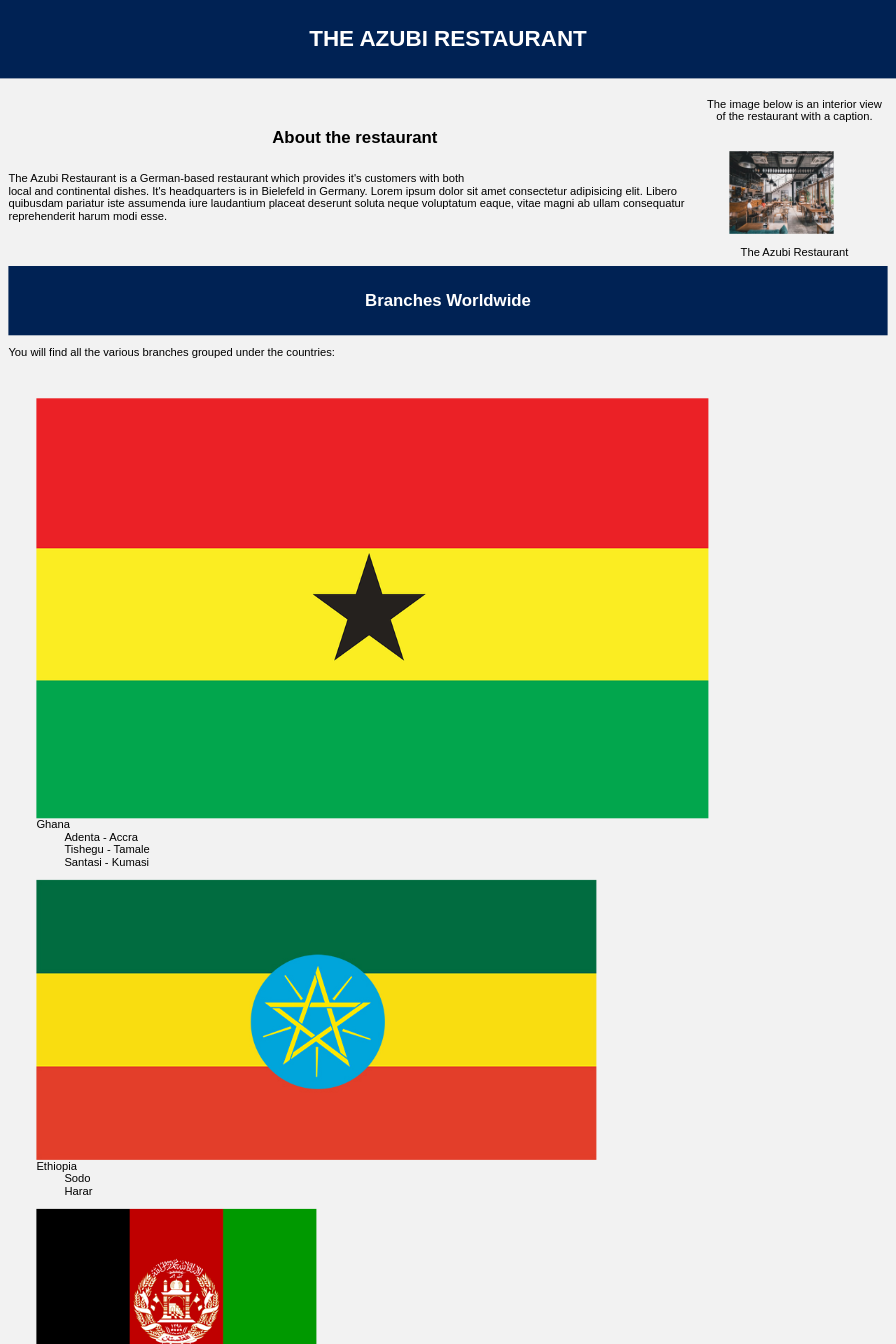
Repository: odurusphp/testingazubigit
Page: Fortune/FortunatusWulnye.html
These files come from the project's save history. The page is drawn as it stood at one moment and after the next save; the edit follows.
The browser window is 1280 px wide. The pictures show the part of the page from y = 0 to 1920 px (the page is 3095 px tall before and 1954 px after), at 70% of full size.

Above is the page before, as saved 2020-08-04 08:52:23.

After the next save:
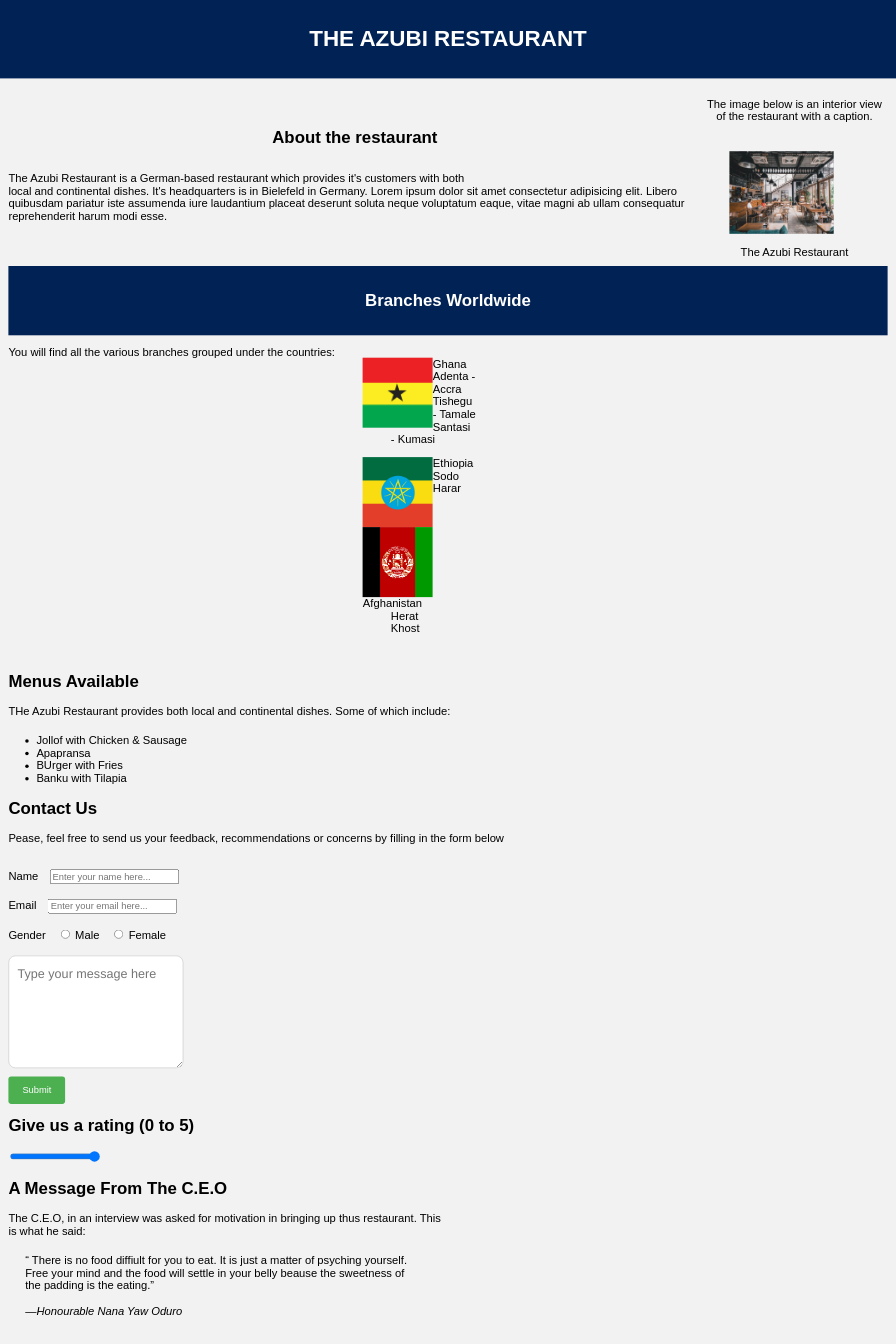
Saved 4 min 20 s later.
--- a/Fortune/css/style.css
+++ b/Fortune/css/style.css
@@ -111,10 +111,10 @@ h1 {
 }
 
 .branches img {
-  display: flex;
-  border: 0;
-  width: auto;
-  height: auto;
+  float: left;
+  width: 100px;
+  height: 100px;
+  object-fit: cover;
 }
 
 label {
